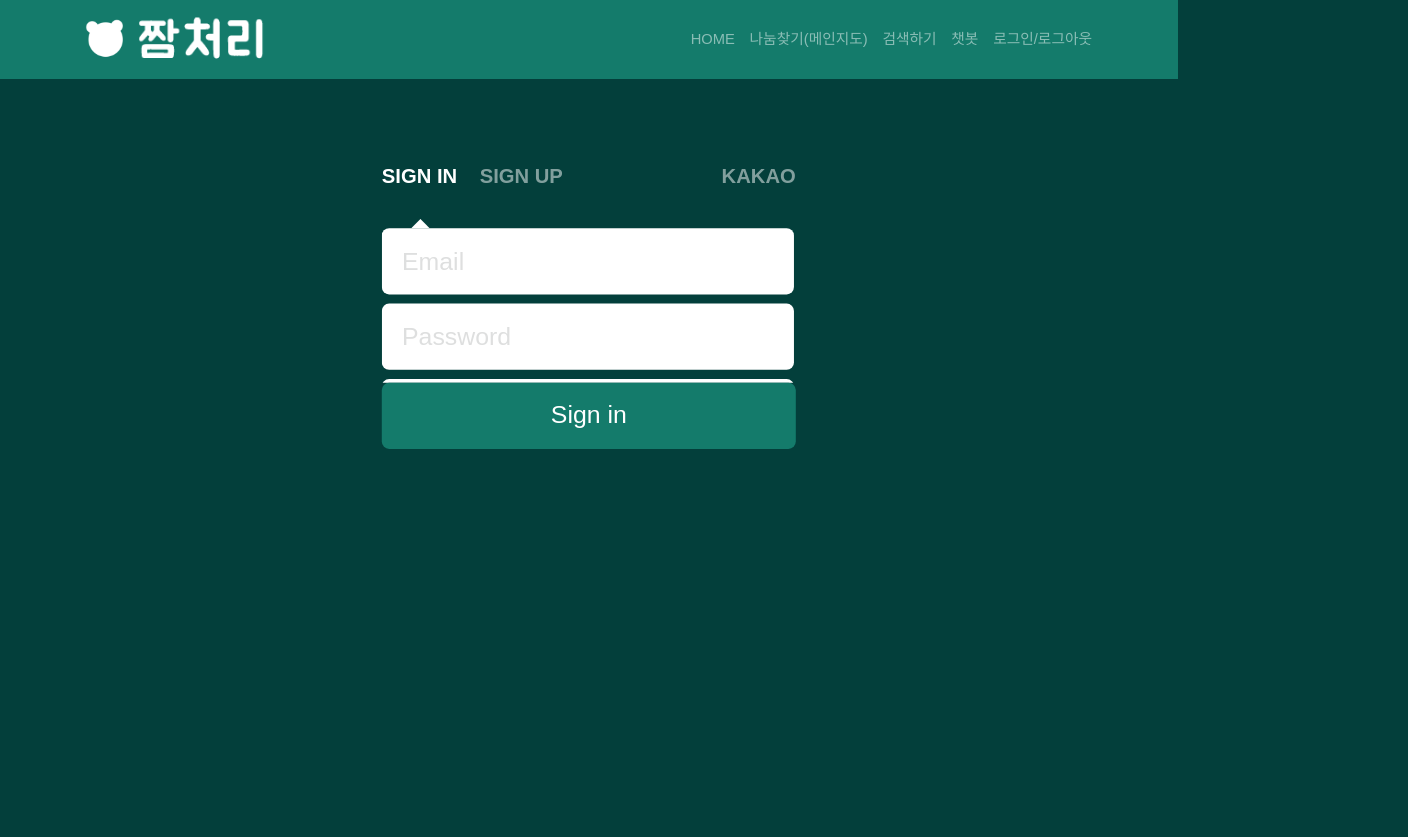
Repository: navang/JJAM_project
Page: http://localhost/jjam/WEB-INF/views/customerLogin.jsp
These files come from the project's save history. The page is drawn as it stood at one moment and after the next save; the edit follows.
The browser window is 1280 px wide. The page is 1530 px wide, so the pictures cover 1530 px, including what lies to the right of the window. The pictures show the whole page, at 92% of full size.
Some web fonts or font styles are not loaded; a fallback is used. Some web libraries are served in a nearby version. The page is served by Tomcat 9. Nobody is signed in. Other server files are loaded and not shown. The template is opened directly, without the code that normally fills it, so the values that code supplies are empty.

Above is the page before, as saved 2019-07-15 06:14:38.

### jjam/src/main/webapp/WEB-INF/views/customerLogin.jsp
<%@ page language="java" contentType="text/html; charset=UTF-8"
    pageEncoding="UTF-8"%>
<!DOCTYPE html>
<html>
<head>
<meta charset="UTF-8">
<meta name="viewport" content="width=device-width, initial-scale=1.0">
    <meta http-equiv="X-UA-Compatible" content="ie=edge">

    <link rel="stylesheet" href="https://stackpath.bootstrapcdn.com/bootstrap/4.3.1/css/bootstrap.min.css"
        integrity="sha384-ggOyR0iXCbMQv3Xipma34MD+dH/1fQ784/j6cY/iJTQUOhcWr7x9JvoRxT2MZw1T" crossorigin="anonymous">
    <script src="https://code.jquery.com/jquery-3.3.1.slim.min.js"
        integrity="sha384-q8i/X+965DzO0rT7abK41JStQIAqVgRVzpbzo5smXKp4YfRvH+8abtTE1Pi6jizo"
        crossorigin="anonymous"></script>
    <script src="https://cdnjs.cloudflare.com/ajax/libs/popper.js/1.14.7/umd/popper.min.js"
        integrity="sha384-UO2eT0CpHqdSJQ6hJty5KVphtPhzWj9WO1clHTMGa3JDZwrnQq4sF86dIHNDz0W1"
        crossorigin="anonymous"></script>
    <script src="https://stackpath.bootstrapcdn.com/bootstrap/4.3.1/js/bootstrap.min.js"
        integrity="sha384-JjSmVgyd0p3pXB1rRibZUAYoIIy6OrQ6VrjIEaFf/nJGzIxFDsf4x0xIM+B07jRM"
        crossorigin="anonymous"></script>
    <!-- https://getbootstrap.com/docs/4.3/getting-started/introduction/ 부트스트랩에서 가져옴-->



    <link rel="stylesheet" href="./resources/style/main.css">
    <link rel="stylesheet" href="./resources/style/login.css">

    <script src="https://kit.fontawesome.com/825d367943.js"></script>
<title>Insert title here</title>
<script>
  $(function(){
      $('div form').hover(function(){
  $(this).toggleClass('active');
  if ($(this).hasClass('active')) {
    $('body').css({ "background":'#37415a', "transition":'all 0.65s ease-in-out'});
    //$('body').css({ "background":'linear-gradient(135deg, #033f3b 0%, #8310b1b7 100%)', "transition":'all 5s ease-in-out'});
   $('#logo').css({"transform":'rotate(90deg)', "transition":'all 1s ease-in-out'});
  } else {
    $('#logo').css({"transform":'rotate(0deg)', "transition":'all 1s ease-in-out'});
    $('body').css({ "background":'#033f3b', "transition":'all 0.65s ease-in-out'});
  }
});
  })

    </script>
</head>
<body>

<body>
    <!-- ---------------------------------상단 고정 메뉴바--------------------------------------------->
    <h1 class="seperator"></h1>
    <nav id="top_navcolor" class="navbar fixed-top navbar navbar-expand-xl navbar-dark">
        <!-- fixed-top 상단고정-->
        <div class="container">
            <!-- 브랜드 로고 삽입-->
            <a href="jjam_3_form.jsp" class="navbar-brand">
                <img id="logo" class="" style="width: 60px; height: 60px;" src="./resources/image/character.png" alt=""><img src="./resources/image/JJCR_white1.png">
            </a>
            <!-- 햄버거 버튼-->
            <button class="navbar-toggler" data-toggle="collapse" data-target="#myNav">
                <span class="navbar-toggler-icon"></span>
            </button>
            <!-- 네비게이션 버튼 -->
            <div id="myNav" class="collapse navbar-collapse justify-content-end">
                <ul class="navbar-nav">
                    <li class="nav-item"><a href="" class="nav-link">HOME</a></li>
                    <li class="nav-item"><a href="" class="nav-link">나눔찾기(메인지도)</a></li>
                    <li class="nav-item"><a href="" class="nav-link">검색하기</a></li>
                    <li class="nav-item"><a href="" class="nav-link">챗봇</a></li>
                    <li class="nav-item"><a href="" class="nav-link">로그인/로그아웃</a>

                    </li>
                </ul>
            </div>
        </div>
    </nav>




     <!--------------------------------------본문 ------------------------------------------------------>

     <div class="login">
            <!--전체화면 분할-->
            <div class=""></div> <!-- 상단 navbar로 인한 공백-->
            <div class=""></div> <!-- 상단 navbar로 인한 공백-->
            <div class=""></div> <!-- 상단 navbar로 인한 공백-->

            <div class=""></div> <!-- 공백-->


            <form>
                    <input checked="true" id="signin" name="action" type="radio" value="signin"></input>
                    <label for="signin">Sign in</label>

                    <input id="signup" name="action" type="radio" value="signup"></input>
                    <label for="signup">Sign up</label>

                    <input id="reset" name="action" type="radio" value="reset"></input>
                    <label for="reset">kakao</label>

                    <div id="wrapper">
                      <div id="arrow"></div>
                      <input id="email" placeholder="Email" type="text"></input>
                      <input id="pass" placeholder="Password" type="password"></input>
                      <input id="repass" placeholder="Repeat password" type="password"></input>
                    </div>
                    <!---- SUBMIT BUTTON ----->
                    <button type="submit">
                      <span>
                        KAKAO LOGIN<br/>
                        Sign in<br/>
                        Sign up
                      </span>
                    </button>
                  </form>


            </div> <!-- 상단 navbar로 인한 공백-->


            <div></div><!-- 그리드 왼쪽 공백-->

</div>



</body>
</html>

### jjam/src/main/webapp/resources/style/main.css
@charset "utf-8";

@font-face {
    font-family: NanumSquareR;
    src: url(../font/NanumSquareR.woff) format('woff');
}

@font-face {
    font-family: NanumSquareL;
    src: url(../font/NanumSquareL.woff) format('woff');
}

@font-face {
    font-family: NanumSquareB;
    src: url(../font/NanumSquareB.woff) format('woff');
}





/* background*/


h1, h2, h3, h5, p {
    font-family: NanumSquareR, sans-serif;
    font-weight: 500;
    color: white;
}
h4{
    font-family: NanumSquareR, sans-serif;
    font-weight: 500;
    color: black;
}

h1, h2, h3 {
    margin-top: 10px;
    margin-bottom: 10px;
    font-weight: 700;
}

body{
  	font-family:BMJUA;
    background: #033f3b;
}
#logo{
	width: 60px; height: 60px;
}
#jcr{
	margin-left: 60px; position:fixed;
}
#top_navbar {
    background: rgba(0,0,0,0.7);
}
#top_navcolor {
    background-color: #147b6b;
}

#top_navbar-nav > li > a {
    padding-top: 20px;
    padding-bottom: 20px;
}

.separator {
    background: #59e;
    margin-top: 80px;
    padding: 21px;
    text-align: center;
    color: #fff;
}

.red {
    background: #fcc;
    border: #eaa solid 4px;
}

/* .yellow { */
/*     background: #f6f6c0; */
/*     border: #dd7 solid 4px; */
/* } */


.green {
    font:white;
    background: #147b6b;

}

.bluegreen {
    background: #aee;
    border: #8dd solid 4px;
}
<<<<<<< HEAD


/* .blue { */
=======
/* .blue { */
/*     background: #bcf; */
/*     border: #9ae solid 4px; */
/* } */

>>>>>>> 7f7c7283d27dcf0b9cae4bf84bee2c912e11a8f9
.blue {
    background: #bcf;
    border: #9ae solid 4px;
}
/*1_ intro*/
.intro_form{
    display: grid;
     grid-template-columns: 100%;
<<<<<<< HEAD
    grid-template-rows: 30px 850px 850px ;
=======
    grid-template-rows: 30px 850px 300px ;
>>>>>>> 7f7c7283d27dcf0b9cae4bf84bee2c912e11a8f9
}
.intro-main{
  position: absolute;
  top: 15%;
  left: 20%;
  transform: translate(-20%, -20%);
  width: 80%;

}
.intro-desc{
	display:grid;
	 grid-template-columns: 15% 70% 15%;
    grid-template-rows:  250px 80px ;
}

/*  풀어주기   */
.map-custom{
	width:100%;
	height:700px;
	position:relative;
	overflow:hidden;
	border-radius:30px;
}


.bigfont{
	font-size: 700px;
    text-align: center;

    font-family: NanumSquareL;
    src: url(../font/NanumSquareL.woff) format('woff');

}


.white-text {
    color: white;
}

.row{
     display : grid;
     grid-template-columns: 100%;
     grid-template-rows: 70px 850px 100px ;
}
.mypage{
	display: grid;
	  grid-template-columns: 20% 60% 20%;
     grid-template-rows: 400px 1400px ;
}
.mypage-columns{
	display:grid;
	  grid-template-columns: 30% 70%;
 	text-align: center;

}
.mypage-rows{
	display:grid;
	  grid-template-rows: 30% 70%;


}
/* 햄버거*/
.ham{
	width:100px;
}

/* 2_search 페이지 */
.search{
    display : grid;
    grid-template-columns: 25% 50% 25%;
    grid-template-rows: 100px 300px 40px 50px 20px;
}
.search-grid {

    display : grid;
    text-align: center;
    grid-template-columns: 20% 20% 20% 20% 20%;
    grid-template-rows: 100px 100px 100px 100px 100px;
}
/* 3 form*/
/* 전체화면 분할*/
.modal-form{
    display : grid;
    grid-template-columns: 15% 70% 15%;
    grid-template-rows: 60px 780px  50px;

}
/* 가운데화면 분할*/
.modal-form-grid{
    display : grid;
    grid-template-columns: 60% 40%;
    grid-template-rows: 60px  700px 70px;

}
/* */
.modal-inner-grid{
    display : grid;
    grid-template-columns: 50% 50%;

}

.modal-size{
    position: absolute;


}
/* modal fullsize*/
.modal-dialog.modal-fullsize {
    width: 150%; height: 100%; margin: 0; padding: 0;
}
.modal-content.modal-fullsize {
    height: auto;
    min-height: 100%;
    border-radius: 0;
  }
.btn-create{
	text-decoration:none;
	width:100%;
	height:40px;
	font-size:20px;
	border-radius:30px;
	background:#147b6b;
	color:white;
	box-shadow: 0px 3px 0px black;
	border: 2px solid white;
}
.btn-create:hover .btn-create:focus, btn-create:active {
	background:#073d35;

}

/* info modal img*/
.img-chatmodal{
    width:1900px;
    height: 950px;
    background-image:url('../image/chatbot_modal.png');
}

/*게시물 리스트*/
.form-list {
    display: grid;
    grid-template-columns:3% 20% 3% 74%;
    padding: 10px;
}


/* 5*5 그리드 */
#grid{
    display: grid;
    text-align: center;
    grid-template-columns:150px 150px 150px 150px 150px 150px;
}
/* 메인 1 페이지  */
.wrapper {
    display: grid;
    grid-template-columns: 5% 55% 40% ;
    grid-template-rows: 100px 7px 100px 30px 100px 100px 30px 100px 100px;
}

/* 4 login form*/
.login{
    display : grid;
    grid-template-columns: 30% 800px 27%;
    grid-template-rows: 100px 800px ;
}
.login-set{
    color : #1f0a01;
    background-color: white;
    border-radius: 15px;
    display:grid;
    grid-template-rows: 80px 380px 300px 40px;
    text-align: center;

}
.login-set.login-form{
    display: grid;
    grid-template-columns:240px 320px 240px;
    grid-template-rows: 100px 100px 100px ;

}
.design-border{
    border: silver solid 2px;
}

/* 7_result*/
.result-form{
    display: grid;
     grid-template-columns: 15% 70% 15%;
    grid-template-rows: 200px 300px 300px ;
}
.result-form-item{
	display:grid;
	  text-align:center;
	  grid-template-columns:100%;

}
.result-form-item-line{
	 background:white;
 	text-align:center;
	  border-radius: 50px;
	  width:73%;
	  height:3px;
	  margin-left:180px;

}
.result-button{
	width:100px;
	height:40px;
	border-radius:30px;
	background:white;

}
/* footer*/
.footer {
    left: 0;
    bottom: 0;
    width: 100%;
	padding: 20px 0;
	text-align: center;
	color: white;
	background:  black;
}
.card {
  height: 30%;
}
.card-columns {
    @include media-breakpoint-only(lg) {
      column-count: 4;
    }
    @include media-breakpoint-only(xl) {
      column-count: 5;
    }
  }
@media(max-width:375px){
#logo{
	width: 30px; height: 30px; position:fixed;
}
#jcr{
	margin-left: 35px; position:fixed; height: 30px;
}
    .search{
        display : grid;
        grid-template-columns: 0px 100% 0px;
        grid-template-rows: 100px 600px 30px 30px 20px ;
    }
      /* 5*5 그리드 */
    #grid{
    display: grid;
    text-align: center;
    grid-template-columns:160px 160px 160px;
}

    .wrapper {
    display: grid;
    grid-template-columns: 5% 90% 5% ;
    grid-template-rows: 100px 60px 30% 30px 70px 100px 100px 100px 10px;
    }
    .search-grid {

        display : grid;
        text-align: center;
        grid-template-columns: 25% 25% 25% 25%;
        grid-template-rows: 50px  50px  50px 50px  50px  50px;
    }


    .mypage{
	display: grid;
	  grid-template-columns: 100%;
     grid-template-rows: 0px  0px   170px  0px   500px;
}
.mypage-columns{
	display:grid;
	 grid-template-columns: 100%;
		  grid-template-rows: 400px 50%;

}
.mypage-rows{
	display:grid;

		  grid-template-template: 100%;
		   grid-template-rows: 60% 40%;
}
.mypage-menu{
	display:grid;

		  grid-template-rows: 25% 25% 25% 25%;
}


    /*챗 모달 사용설명서*/
    .img-chatmodal{
        width:640px;
        height: 950px;
        background-image:url('../image/chatbot_modal_mobile.png');

    }
    /* modal fullsize*/
    .modal-dialog.modal-fullsize {
    width: 100%; height: 100%; margin: 0; padding: 0;
    }
    .modal-content.modal-fullsize {
    height: auto;
    min-height: 100%;
    border-radius: 0;
  }
    /* 가운데화면 분할*/
.modal-form{
    display : grid;
    grid-template-columns: 15% 70% 15%;
    grid-template-rows: 60px 780px  50px;

}
/* 가운데화면 분할*/
.modal-form-grid{
    display : grid;
    grid-template-columns: 60% 40%;
    grid-template-rows: 60px  700px 70px;

}

    .modal-inner-grid{
        display : grid;
        grid-template-columns: 100%;

    }
    /* 4 login form*/
    .login{
    display : grid;
    grid-template-columns: 0px 640px 0px;
    grid-template-rows: 50px 640px ;
}
.result-form{
    display: grid;
     grid-template-columns: 0% 100% 0%;
    grid-template-rows: 100px 700px 100px ;
}
.ham{
	width:100px;
}
/* footer*/
.footer {
    left: 0;
    bottom: 0;
    width: 100%;
	padding: 20px;
	text-align: center;
	color: white;
	background:  black;
}

/*1_ intro*/
.intro_form{
    display: grid;
     grid-template-columns: 100%;
    grid-template-rows: 30px 360px 550px ;
}
.intro-main{
  position: absolute;
  font-size: 20px;
  top: 50%;
  left: 20%;
  transform: translate(-20%, -20%);
  width: 80%;

}
.intro-desc{
	display:grid;
	 grid-template-columns: 10% 80% 10%;
    grid-template-rows:  550px 150px ;
}

/*  풀어주기   */
.map-custom{
	width:700px;
	height:700px;
	position:relative;
	overflow:hidden;
	margin-left: 80px;
	border-radius:30px;
}


.bigfont{
	left:50%;
	transform:rotate(30deg);
	font-size: 300px;
    text-align: left;

    font-family: NanumSquareL;
    src: url(../font/NanumSquareL.woff) format('woff');

}


}

### jjam/src/main/webapp/resources/style/login.css



@import url(https://fonts.googleapis.com/css?family=Raleway:700,800);

html, body { margin: 0; }

:focus { outline: none; }
::-webkit-input-placeholder { color: #DEDFDF; }
::-moz-placeholder { color: #DEDFDF; }
:-moz-placeholder { color: #DEDFDF; }
::-ms-input-placeholder { color: #DEDFDF; }

body {
  background: #033f3b;
  color: #fff;
  font-family: 'Raleway', sans-serif;
  -webkit-font-smoothing: antialiased;
}

#wrapper, label, #arrow, button span { transition: all .5s cubic-bezier(.6,0,.4,1); }

#wrapper { overflow: hidden; }

#signin:checked ~ #wrapper { height: 178px; }
#signin:checked ~ #wrapper #arrow { left: 32px; }
#signin:checked ~ button span { transform: translate3d(0,-72px,0); }

#signup:checked ~ #wrapper { height: 335px; }
#signup:checked ~ #wrapper #arrow { left: 137px; }
#signup:checked ~ button span { transform: translate3d(0,-144px,0); }

#reset:checked ~ #wrapper { height: 94px; }
#reset:checked ~ #wrapper #arrow { left: 404px; }
#reset:checked ~ button span { transform: translate3d(0,0,0); }

form {
  width: 450px;
  height: 370px;
  margin: -185px -225px;
  position: absolute;
  left: 50%;
  top: 50%;
}

input[type=radio] { display: none; }

label {
  cursor: pointer;
  display: inline-block;
  font-size: 22px;
  font-weight: 800;
  opacity: .5;
  margin-bottom: 30px;
  text-transform: uppercase;
}
label:hover {
  transition: all .3s cubic-bezier(.6,0,.4,1);
  opacity: 1;
}
label[for="signin"] { margin-right: 20px; }
label[for="reset"] { float: right; }
input[type=radio]:checked + label { opacity: 1; }

input[type=text],
input[type=password] {
  background: #fff;
  border: none;
  border-radius: 8px;
  font-size: 27px;
  font-family: 'Raleway', sans-serif;
  height: 72px;
  width: 99.5%;
  margin-bottom: 10px;
  opacity: 1;
  text-indent: 20px;
  transition: all .2s ease-in-out;
}
button {
  background: #147b6b;
  border: none;
  border-radius: 8px;
  color: #fff;
  cursor: pointer;
  font-family: 'Raleway', sans-serif;
  font-size: 27px;
  height: 72px;
  width: 100%;
  margin-bottom: 10px;
  overflow: hidden;
  transition: all .3s cubic-bezier(.6,0,.4,1);
}
button span {
  display: block;
  line-height: 72px;
  position: relative;
  top: -2px;
  transform: translate3d(0,0,0);
}
button:hover {
  background: #007BA5;
}

#arrow {
  height: 0;
  width: 0;
  border-bottom: 10px solid #fff;
  border-left: 10px solid transparent;
  border-right: 10px solid transparent;
  position: relative;
  left: 32px;
}


#hint {
  width: 100%;
  text-align: center;
  position: absolute;
  bottom: 20px;
}

After the next save:
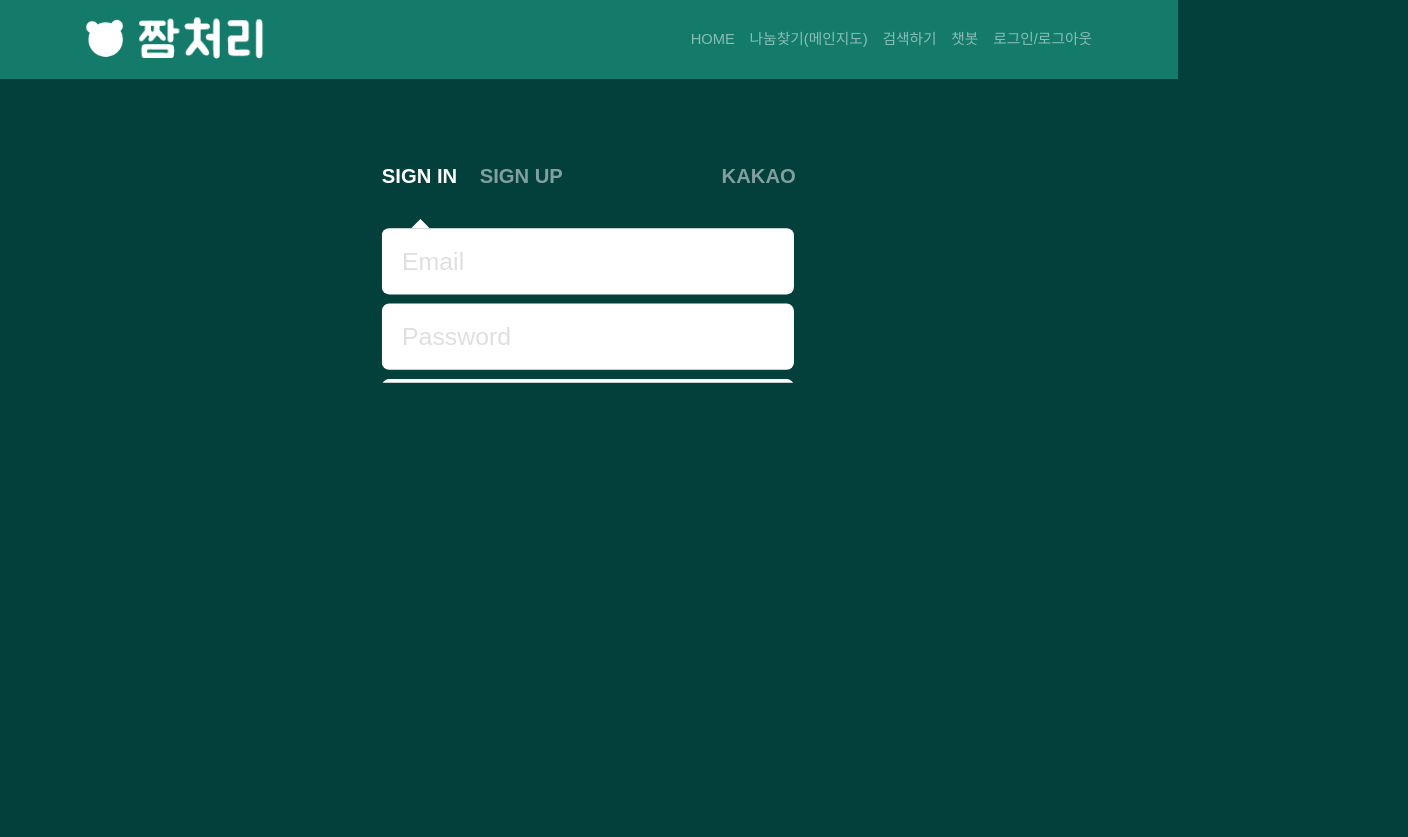
Saved 17 min 27 s later.
--- a/jjam/src/main/webapp/WEB-INF/views/customerLogin.jsp
+++ b/jjam/src/main/webapp/WEB-INF/views/customerLogin.jsp
@@ -102,14 +102,16 @@
                     <div id="wrapper">
                       <div id="arrow"></div>
                       <input id="email" placeholder="Email" type="text"></input>
-                      <input id="pass" placeholder="Password" type="password"></input>
-                      <input id="repass" placeholder="Repeat password" type="password"></input>
+                      <input id="c_pw" placeholder="Password" type="password"></input>
+                      <input id="c_tel" placeholder="Repeat password" type="password"></input>
+                      <input id="c_name"placeholder="name" type="text></input>
+
                     </div>
                     <!---- SUBMIT BUTTON ----->
                     <button type="submit">
                       <span>
                         KAKAO LOGIN<br/>
-                        Sign in<br/>
+                        Sign in<br/><br/>
                         Sign up
                       </span>
                     </button>
